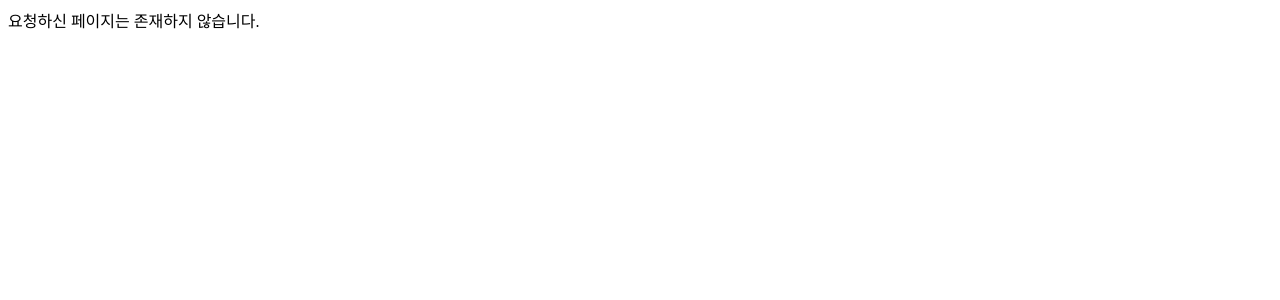
Repository: ikobean/ikoebean
Page: http://localhost/dev_jsp/error/error404.jsp
An editor plug-in stored every save of this project. The page is shown before and after the next save, followed by the edit.
The browser window is 1280 px wide. The pictures show the whole page.
The page is served by Tomcat 9. Other server files are loaded and not shown.

Above is the page before, as saved 2019-07-16 08:10:55.

### workspace_jsp/dev_jsp/WebContent/error/error404.jsp
<%@ page language="java" contentType="text/html; charset=UTF-8"
    pageEncoding="UTF-8"%>
<!DOCTYPE html>
<html>
<head>
<meta charset="UTF-8">
<title>Insert title here</title>
</head>
<body>
요청하신 페이지는 존재하지 않습니다.
</body>
</html>

After the next save:
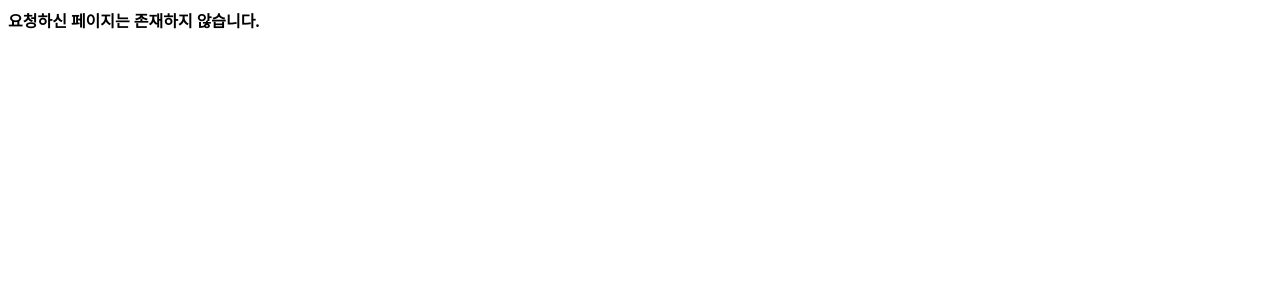
Saved 22 s later.
--- a/workspace_jsp/dev_jsp/WebContent/error/error404.jsp
+++ b/workspace_jsp/dev_jsp/WebContent/error/error404.jsp
@@ -7,6 +7,8 @@
 <title>Insert title here</title>
 </head>
 <body>
+<strong>
 요청하신 페이지는 존재하지 않습니다.
+</strong>
 </body>
 </html>
